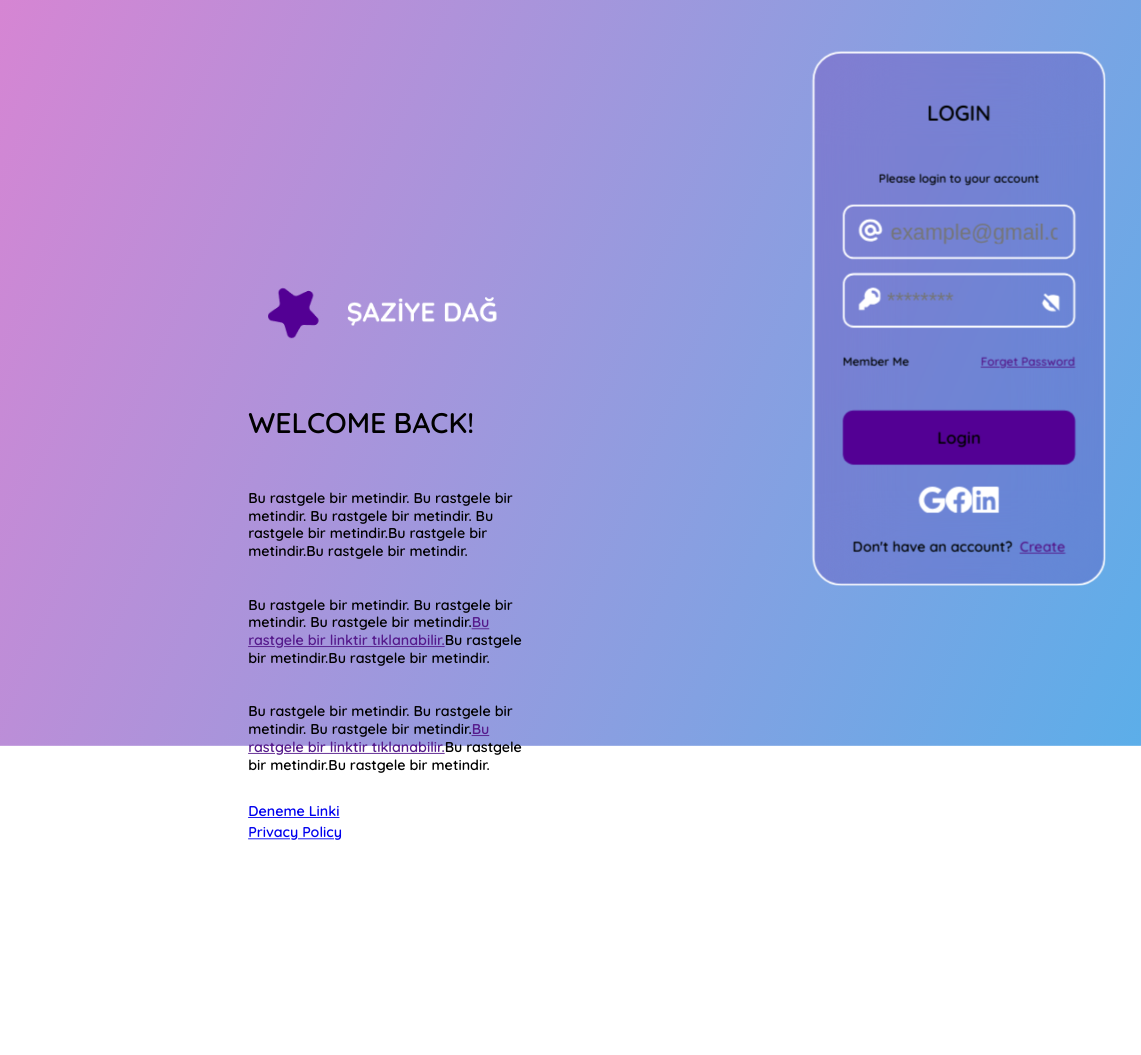
Repository: szydag/login
Page: /
An editor plug-in stored every save of this project. The page is shown before and after the next save, followed by the edit.
The browser window is 1280 px wide. The page is 1282 px wide, so the pictures cover 1282 px, including what lies to the right of the window. The pictures show the whole page, at 89% of full size.
The project was rebuilt for these pictures with package versions that can differ from the ones it lists, and the page was loaded fresh each time. Also part of the build but not shown: src/assets/svgr/unhiddenIcon/index.js.

Above is the page before, as saved 2023-11-02 00:10:13.

After the next save:
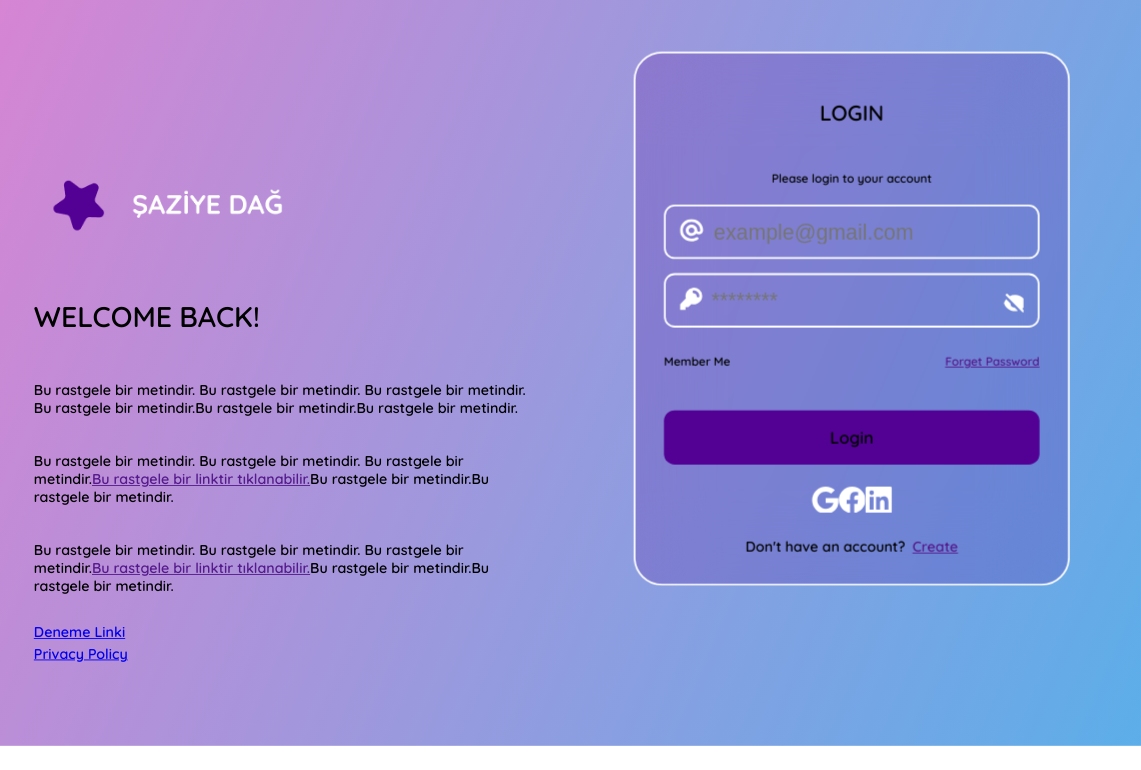
Saved 13 s later.
--- a/src/app/pages/login/style.js
+++ b/src/app/pages/login/style.js
@@ -47,7 +47,7 @@ const useStyles = createUseStyles({
         flexDirection: 'column',
         justifyContent: 'center',
         alignItems: 'center',
-        padding: '20%',
+        padding: '10% 0',
     },
     promotionTexts: {
         display: 'flex',
